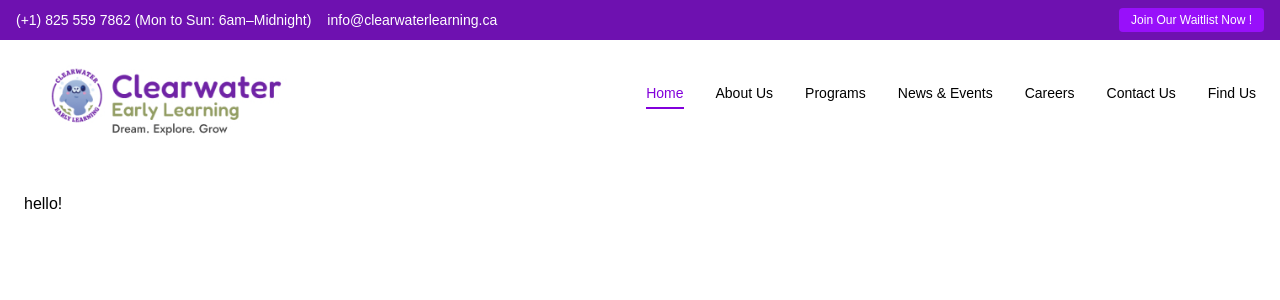
Repository: harshikabodekar/Daycare-Site
Page: /about-us
An editor plug-in stored every save of this project. The page is shown before and after the next save, followed by the edit.
The browser window is 1280 px wide. The pictures show the whole page.
The project was rebuilt for these pictures with package versions that can differ from the ones it lists, and the page was loaded fresh each time. The framework's server and built-in components were replaced by stand-ins that run in the browser. Also part of the build but not shown: next.config.mjs.

Above is the page before, as saved 2025-06-23 13:00:42.

### app/about-us/page.jsx
import About from "@/components/about/About";
import Image from "next/image";

export default function Page() {
    return (
<div>
    <About/>
</div>

    );
}

### components/about/About.jsx
import Image from "next/image";
import Navbar from "../home/Navbar";
export default function About() {
    return (
<>
<Navbar/>

 <div className="bg-white text-black flex items-center justify center bg-purple-100 text-black px-6 py-10">
        hello!
      </div>




</>
    );
}

### components/home/Navbar.jsx
import React from 'react';

export default function Navbar() {
  return (
    <div className="w-full shadow-md">

      <div className="bg-purple-800 text-white text-sm flex justify-between items-center px-4 py-2">
        <div className="flex items-center space-x-4">
          <div className="flex items-center justify-center space-x-1">
            <span>(+1) 825 559 7862 (Mon to Sun: 6am–Midnight)</span>
          </div>
          <div className="flex items-center justify-center space-x-1">
            <span>info@clearwaterlearning.ca</span>
          </div>
        </div>
        <div className="flex items-center space-x-2">
          <button className="bg-purple-600 hover:bg-purple-700 text-white text-xs px-3 py-1 rounded">
            Join Our Waitlist Now !
          </button>
        </div>
      </div>


      <div className="bg-white flex justify-between items-center px-6 py-4">
        <div className="flex items-center space-x-2">
          <img src="/logo.jpg" alt="Clearwater Logo" className="h-20 w-auto" />
        </div>
        <div className="flex space-x-8 font-medium text-sm text-black">

          <a  href="home" className="text-purple-700 border-b-2 border-purple-700 pb-1">Home</a>
          <a href="about-us" className="hover:text-purple-600">About Us</a>
          <a href="Program" className="hover:text-purple-600">Programs</a>
          <a href="#" className="hover:text-purple-600">News & Events</a>
          <a href="#" className="hover:text-purple-600">Careers</a>
          <a href="#" className="hover:text-purple-600">Contact Us</a>
          <a href="#" className="hover:text-purple-600">Find Us</a>

        </div>
      </div>
    </div>
  );
}

Loaded but not shown: app/layout.js (common file); app/globals.css (common file)

After the next save:
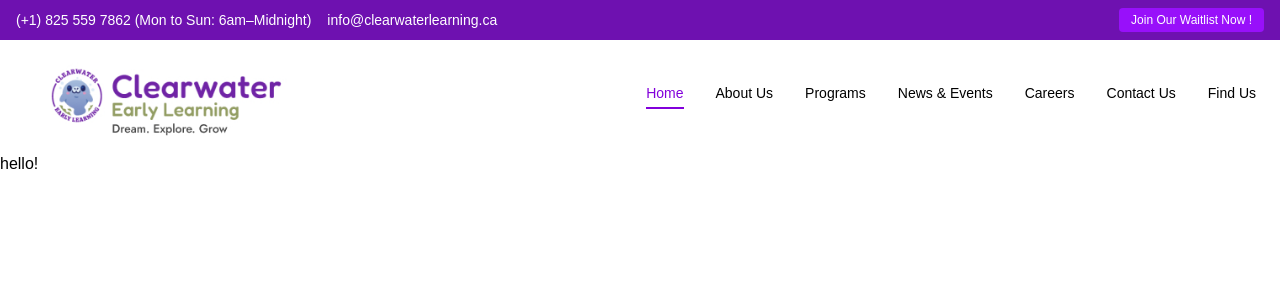
Saved 8 s later.
--- a/components/about/About.jsx
+++ b/components/about/About.jsx
@@ -5,7 +5,7 @@
 <>
 <Navbar/>
 
- <div className="bg-white text-black flex items-center justify center bg-purple-100 text-black px-6 py-10">
+ <div className="bg-white text-black flex items-center justify center ">
         hello!
       </div>
 
